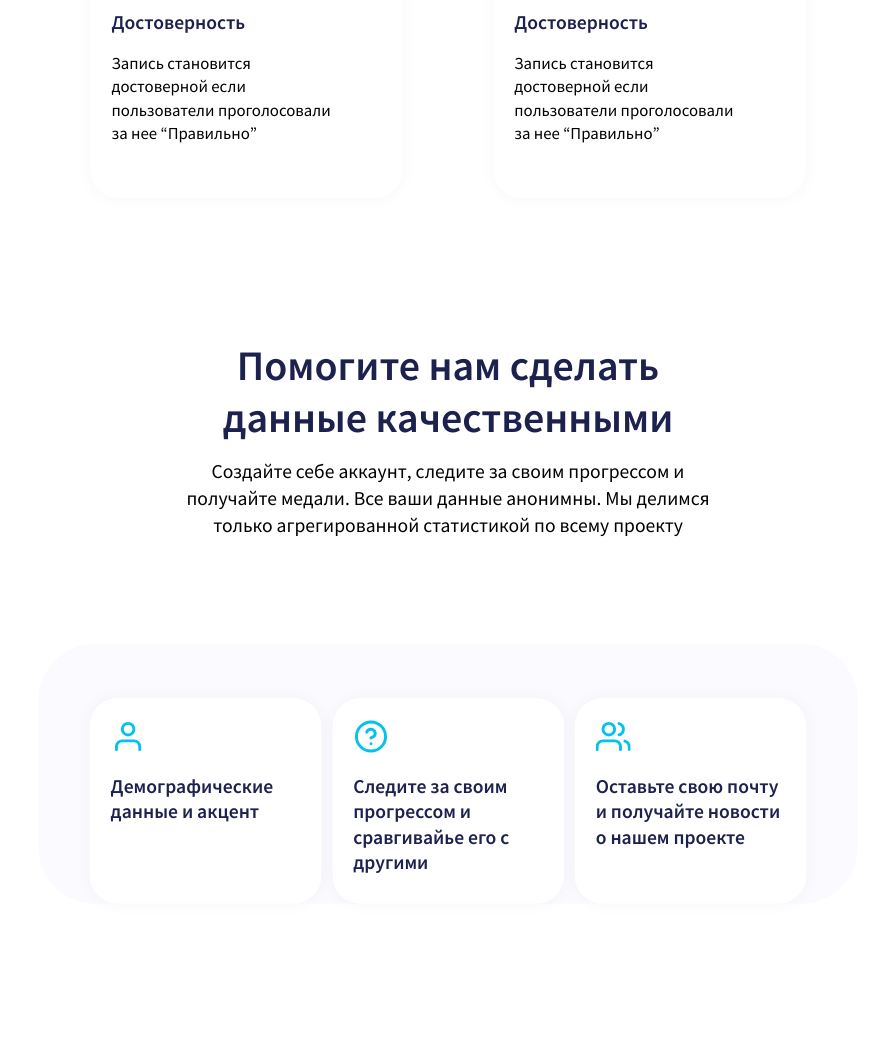
Repository: Amin444/Paymona-Sadp
Page: index.html
The author's editor kept a copy of each file at every save. The page is drawn from the files as they stood at one save, then again after the next save.
The browser window is 1280 px wide. The pictures show the part of the page from y = 4403 to 6323 px (the page is 5923 px tall before and 6323 px after), at 70% of full size.

Above is the page before, as saved 2021-11-12 23:10:27.

### index.html
<!DOCTYPE html>
<html lang="en">
<head>
  <meta charset="UTF-8">
  <link rel="stylesheet" href="./style.css">
  <meta http-equiv="X-UA-Compatible" content="IE=edge">
  <meta name="viewport" content="width=device-width, initial-scale=1.0">
  <title>Paymona Sado</title>
</head>
<body>

  <div class="root">

    <div class="container">


        <div class="header">
          <div class="logoBlock">
            <img src="./img/logo.svg" class="logo" alt="">
            <p class='textLogo'>Paymona</p>
          </div>

          <div class="menu">
             <div class="items">Сделайте вклад</div>
             <div class="items">База данных</div>
             <div class="items border">Войти</div>
          </div>

        </div>

         <div class="elips">
           <svg width="120" height="285" viewBox="0 0 120 285" fill="none" xmlns="http://www.w3.org/2000/svg">
             <path d="M285 -1.24577e-05C247.573 -1.08218e-05 210.513 7.37176 175.935 21.6943C141.357 36.0169 109.939 57.0099 83.4745 83.4746C57.0098 109.939 36.0169 141.357 21.6943 175.935C7.37172 210.513 -1.57297e-05 247.573 -1.24577e-05 285L285 285L285 -1.24577e-05Z" fill="#1D214E"/>
           </svg>
         </div>

         <div class="rectangle2">
           <svg width="79" height="365" viewBox="0 0 79 365" fill="none" xmlns="http://www.w3.org/2000/svg">
             <rect width="118.426" height="472.716" rx="59.2128" transform="matrix(0.716507 0.69758 -0.716507 0.69758 18.7041 -24)" fill="#1D214E"/>
           </svg>

         </div>

         <div class="rectangle">
            <svg width="95" height="365" viewBox="0 0 95 365" fill="none" xmlns="http://www.w3.org/2000/svg">
             <rect width="118.426" height="472.716" rx="59.2128" transform="matrix(0.716507 0.69758 -0.716507 0.69758 34.7041 -24)" fill="#1D214E"/>
            </svg>
         </div>

        <div class="title">
           <h1>Овози дастрас</h1>
           <p class="desc">Открытый проект по <blue>обучению</blue> машин понимания <br> речи и текста на таджикском языке</p>
        </div>

        <div class="Listen-and-record">
           <div class="record-block">
              <div class="circles">
                <div class="imgBlock">
                  <img src="./img/Group.svg" class="asd" >
                </div>
              </div>
              <span class="text">Записав свой голос, вы помогаете улучшить систему по распознанию таджикской речи</span>
           </div>

           <hr>

           <div class="record-block">
              <div class="circles">
                <div class='imgBlock'>
                  <img src="./img/Group2.svg" class="asd" >
                </div>
              </div>
              <span class="text"> Послушайте и оцените правильность записанных текстов</span>
           </div>
        </div>

        <div class="how-we-do">
          <div class="bag">
            <div class="visible">
              <img src="./img/check-circle.svg">
              <p class="card-title">Что мы делаем</p>
              <p class="card-text">Мы строим открытую базу данных
                 голосов на таджикском языке,
                 чтобы все желающие могли использовать
                 ее для разработки голосвых приложений</p>
            </div>
            <div class="visible">
              <img src="./img/Group3.svg">
              <p class="card-title">Что мы делаем</p>
              <p class="card-text">Мы верим в то, что большая открытая база
                 голосов поможет развитию и инновациям в Таджикистане
                 в сфере разработки приложений с использованием разпознавания речи</p>
            </div>
            <div class="visible">
              <img src="./img/Group4.svg">
              <p class="card-title">Как помочь</p>
              <p class="card-text">Запишите свой голос зачитав одно
                предложения и помогите машинам понимать человеческую речь.
                 Проверяйте работу других, чтобы улучшить качество</p>
            </div>
          </div>
        </div>

        <div class="ewq">
          <img src="./img/Rectangle.svg" class='qwe'>
          <img src="./img/Rectangle2.svg" class='qwe2'>
          <div class="work-block">
            <h1>Как это работает?</h1>
            <p class="just-text">Мы хотим построить открытую базу общими усилиями.
               Сделайте свой вклад записав свой голос или проверив записи других.
              Это сделает базу лучше для всех</p>
          </div>
          <div class="example">
             <div class="example-block">
               <img class="size" src="./img/Group5.svg" >
                 <p class="card-title">Записывайте</p>
                 <span class="card-text2">Пользователи записывают свои голоса прочитав текс, который мы им показываем</span>
                </div>
                <img src="./img/Group8.svg" class="arrow" >
             <div class="example-block">
               <img class="size" src="./img/Group9.svg" >
                 <p class="card-title">Очередь на проверку</p>
                 <span class="card-text2">Запись попадает на очередь и будет ждать проверки</span>
                </div>
                <img src="./img/Group8.svg" class="arrow2" >
             <div class="example-block">
               <img class="size" src="./img/Group10.svg" >
                 <p class="card-title">Проверка</p>
                 <span class="card-text2">Пользователи слушают записи, сверяют с тексом</span>
                </div>
                <img src="./img/Group8.svg" class="arrow3" >
             <div class="example-block">
               <img class="size" src="./img/Group11.svg" >
                 <p class="card-title">Достоверность</p>
                 <span class="card-text2">Запись становится достоверной если пользователи проголосовали за нее “Правильно”</span>
                </div>
                <img src="./img/Group8.svg" class="arrow4" >
                <img src="./img/Group8.svg" class="arrow5" >
          </div>
          <div class="tworouds">
            <div class="example-block2">
              <img class="size" src="./img/Group12.svg" >
                <p class="card-title">“Правильно”</p>
                <span class="card-text2">Чтобы попасть в базу данных запись должна получить 2 голоса “Правильно” от двух разных пользователей  </span>
               </div>
               <img src="./img/Group8.svg" class="arrow6" >
               <img src="./img/Group8.svg" class="arrow7" >
            <div class="example-block2">
              <img class="size rotate" src="./img/Group12.svg" >
                <p class="card-title">“Не правильно”</p>
                <span class="card-text2">Если пользователь проголосует за запись “Не правильно”, то она попадет обратно в очередь. После повторного отрицания, запись попадает на кладбище записей</span>
               </div>
          </div>
          <div class="tworouds">
            <div class="example-block2">
              <img class="size" src="./img/Group11.svg" >
                <p class="card-title">Достоверность</p>
                <span class="card-text2">Запись становится достоверной если пользователи проголосовали за нее “Правильно”</span>
               </div>
            <div class="example-block2">
              <img class="size" src="./img/Group11.svg" >
                <p class="card-title">Достоверность</p>
                <span class="card-text2">Запись становится достоверной если пользователи проголосовали за нее “Правильно”</span>
               </div>
          </div>

          <div class="help-block">
            <h1>Помогите нам сделать <br>
              данные качественными</h1>
              <p class="just-text"> Создайте себе аккаунт, следите за своим прогрессом и получайте медали.
                 Все ваши данные анонимны. Мы делимся только агрегированной статистикой по всему проекту</p>
          </div>
            <div class="how-we-do">
              <div class="bag">
                <div class="visible2">
                  <img src="./img/Group13.svg">
                  <p class="card-title">Демографические данные и акцент</p>

                </div>
                <div class="visible2">
                  <img src="./img/Group3.svg">
                  <p class="card-title">Следите за своим прогрессом и сравгивайье его с другими</p>

                </div>
                <div class="visible2">
                  <img src="./img/Group4.svg">
                  <p class="card-title">Оставьте свою почту и получайте новости о нашем проекте </p>

                </div>
              </div>
            </div>

          </div>
          <div class="footer">

      </div>
      </div>

  </div>
</body>
</html>

### style.css
@import url('https://fonts.googleapis.com/css2?family=Source+Sans+Pro:ital,wght@0,200;0,300;0,400;0,600;0,700;0,900;1,200;1,300;1,400;1,600;1,700;1,900&display=swap');

*{
  margin: 0;
  padding: 0;
  border: none;
  outline: none;
  font-family: 'Source Sans Pro', sans-serif;
  font-weight: 500;

}

.root{
  width: 100vw;
  display: flex;
  align-items: center;
  flex-direction: column;
}
.container{
  width: 100%;
  display: flex;
  flex-direction: column;
}

.header{
  height: 90px;
  padding: 0 40px;
  display: flex;
  align-items: center;
  justify-content: space-between;
}

.textLogo{
  color: #1D214E;
  font-weight: 700;
  font-size: 28px;
  line-height: 35px;
}

.logo{
  width: 40px;
  height: 40px;
}
.logoBlock{
  width:170px;
  display: flex;
  justify-content: space-between;
}
.menu{
  display: flex;
  gap: 40px;
  align-items: center;
  font-weight: 400;
  font-size: 20px;
  line-height:25px;
}
.items{
  cursor: pointer;
}
.border{
  padding: 8px 12px;
  border: 1px solid rgba(73, 222, 255, 1);
  border-radius: 50px;
  font-weight: 600;
}
.title{
  margin-top: 72px;
  display: flex;
  flex-direction: column;
  align-items: center;
}

h1{
  color: rgba(29, 33, 78, 1);
  font-weight: 600;
  font-size: 60px;
  line-height:75px;
  margin-bottom: 20px;
}
.desc{
  font-weight: 400;
  font-size: 32px;
  text-align: center;
}
blue{
  color: rgba(3, 194, 236, 1);
}
.elips{
  position: absolute;
  right: 0;
  top: 198px;
}

.rectangle{
  position: absolute;
  top: 255px
}
.rectangle2{
  position: absolute;
  top: 451px
}

.Listen-and-record{
  margin-top: 150px;
  display: flex;
  justify-content: space-evenly;
}
.record-block{
  display: flex;
  align-items: center;
  flex-direction: column;
}

.circles{
  border-radius: 50%;
  box-shadow: 0px 8px 16px rgba(0, 160, 210, 0.16);
  background-color: #fff;
  width: 230px;
  height: 230px;
}
.imgBlock{
  width: 100%;
  height: 100%;
  display: flex;
  justify-content: center;
  align-items: center;
}
.asd{
  width: 40%;
  height: 40%;
}

.text{
  margin-top: 24px;
  display: block;
  text-align: center;
  width: 496px;
  font-weight: 400;
  font-size: 28px;
}
hr{
  border: 1px solid rgba(234, 243, 252, 1);
  height: 359px;
}

.how-we-do{
  margin-top: 150px;
  display: flex;
  justify-content: center;
}

.bag{
  position: absolute;
  width: 80vw;
  height: 294px;
  background:#FBFAFF;
  border-radius: 80px;
  display: flex;
  justify-content: space-between;
  padding: 77px 73px 0 73px;
}
.visible{
  width: 271px;
  height:467px;
  box-shadow: 0px 0px 24px rgba(0, 0, 0, 0.04);
  border-radius: 40px;
  background:#fff;
  padding: 30px
}
.visible2{
  width: 271px;
  box-shadow: 0px 0px 24px rgba(0, 0, 0, 0.04);
  border-radius: 40px;
  background:#fff;
  padding: 30px
}
.card-title{
  margin-top: 24px;
  font-weight: 600;
  font-size: 28px;
  color: rgba(29, 33, 78, 1)
}
.card-text{
  margin-top: 24px;
  font-weight: 400;
  font-size: 20px;
  line-height: 28px;
}
.card-text2{
  width: 322px;
  margin-top: 24px;
  font-weight: 400;
  font-size: 24px;
  line-height: 33.6px;
}
.ewq{
  width: 100%;
  display: flex;
  flex-direction: column;
  align-items: center;
}
.qwe{
  position: absolute;
  top: 1320px;
  right: 0;
  transform: rotate(180deg);
}
.qwe2{
  position: absolute;
  top: 1500px;
  right: 0;
  transform: rotate(180deg);
}
.work-block{
  margin-top: 750px;
  width: 50%;
  display: flex;
  align-items: center;
  flex-direction: column;
}

.just-text{
  width: 748px;
  font-weight: 400;
  font-size: 28px;
  text-align: center;
  line-height: 39.2px;
}
.example-block{
  padding: 30px;
  margin-top: 100px;
  background: #fff;
  display: flex;
  flex-direction: column;
  box-shadow: 0px 0px 24px rgba(0, 0, 0, 0.04);
  border-radius: 40px;
  width: 386px;
  height: 294px;
}
.example-block2{
  padding: 30px;
  margin-top: 100px;
  background: #fff;
  display: flex;
  flex-direction: column;
  box-shadow: 0px 0px 24px rgba(0, 0, 0, 0.04);
  border-radius: 40px;
  width: 386px;
  height: 294px;
}
.size{
  width: 30px;
  height: 30px;
}

.example{
  position: relative;
}

.arrow{
  position: absolute;
  top: 480px;
  right: 50%;
}
.arrow2{
  position: absolute;
  top: 930px;
  right: 50%;
}
.arrow3{
  position: absolute;
  top: 1400px;
  right: 50%;
}
.arrow4{
  position: absolute;
  top: 1830px;
  right: 80%;
  transform: rotate(30deg);
}
.arrow5{
  position: absolute;
  top: 1830px;
  right: 10%;
  transform: rotate(-30deg);
}
.tworouds{
  width: 100%;
  display: flex;
  justify-content: space-evenly;
  position: relative;
}

.rotate{
  transform: rotate(180deg);
}

.arrow6{
  position: absolute;
  left: 27%;
  top: 480px;
}
.arrow7{
  position: absolute;
  right: 27%;
  top: 480px;
}
.help-block{
  margin-top: 200px;
  text-align: center
}
.footer{
  margin-top: 600px;
  background: #1D214E;
  width: 100%;
  height: ;
}

### img/logo.svg
<svg width="24" height="24" viewBox="0 0 24 24" fill="none" xmlns="http://www.w3.org/2000/svg">
<path d="M23.2727 11.9119V16.6433C23.2731 16.8543 23.2169 17.0618 23.1094 17.2464C23.0019 17.4309 22.8466 17.5864 22.6582 17.6981L12.3229 23.8128C12.1153 23.9351 11.8758 24 11.6314 24C11.387 24 11.1475 23.9351 10.9399 23.8128L0.616444 17.6943C0.427833 17.5828 0.272261 17.4273 0.164406 17.2428C0.0565516 17.0583 -2.98523e-05 16.8507 1.18183e-08 16.6396V11.9119C-3.13489e-05 11.6902 0.0623511 11.4726 0.180679 11.2816C0.299007 11.0906 0.468973 10.9331 0.672954 10.8255C0.876934 10.7179 1.1075 10.6641 1.34075 10.6696C1.574 10.6752 1.80144 10.7399 1.99949 10.8571L10.9399 16.1535C11.1475 16.2758 11.387 16.3407 11.6314 16.3407C11.8758 16.3407 12.1153 16.2758 12.3229 16.1535L21.2653 10.8571C21.4634 10.7373 21.6918 10.6704 21.9264 10.6636C22.1611 10.6567 22.3934 10.71 22.5989 10.818C22.8043 10.9259 22.9754 11.0845 23.0939 11.277C23.2125 11.4695 23.2743 11.6888 23.2727 11.9119Z" fill="#1D214E"/>
<path d="M10.9383 13.2688L1.76081 7.81102C1.57388 7.69908 1.41986 7.54397 1.31312 7.36018C1.20638 7.17639 1.15039 6.96991 1.15039 6.76C1.15039 6.5501 1.20638 6.34361 1.31312 6.15982C1.41986 5.97603 1.57388 5.82093 1.76081 5.70898L10.9344 0.193005C11.1431 0.0669478 11.3854 0 11.6328 0C11.8802 0 12.1224 0.0669478 12.3312 0.193005L21.5107 5.70898C21.6976 5.82093 21.8516 5.97603 21.9584 6.15982C22.0651 6.34361 22.1211 6.5501 22.1211 6.76C22.1211 6.96991 22.0651 7.17639 21.9584 7.36018C21.8516 7.54397 21.6976 7.69908 21.5107 7.81102L12.3253 13.2688C12.1173 13.3921 11.877 13.4575 11.6318 13.4575C11.3866 13.4575 11.1463 13.3921 10.9383 13.2688Z" fill="#1D214E"/>
</svg>

After the next save:
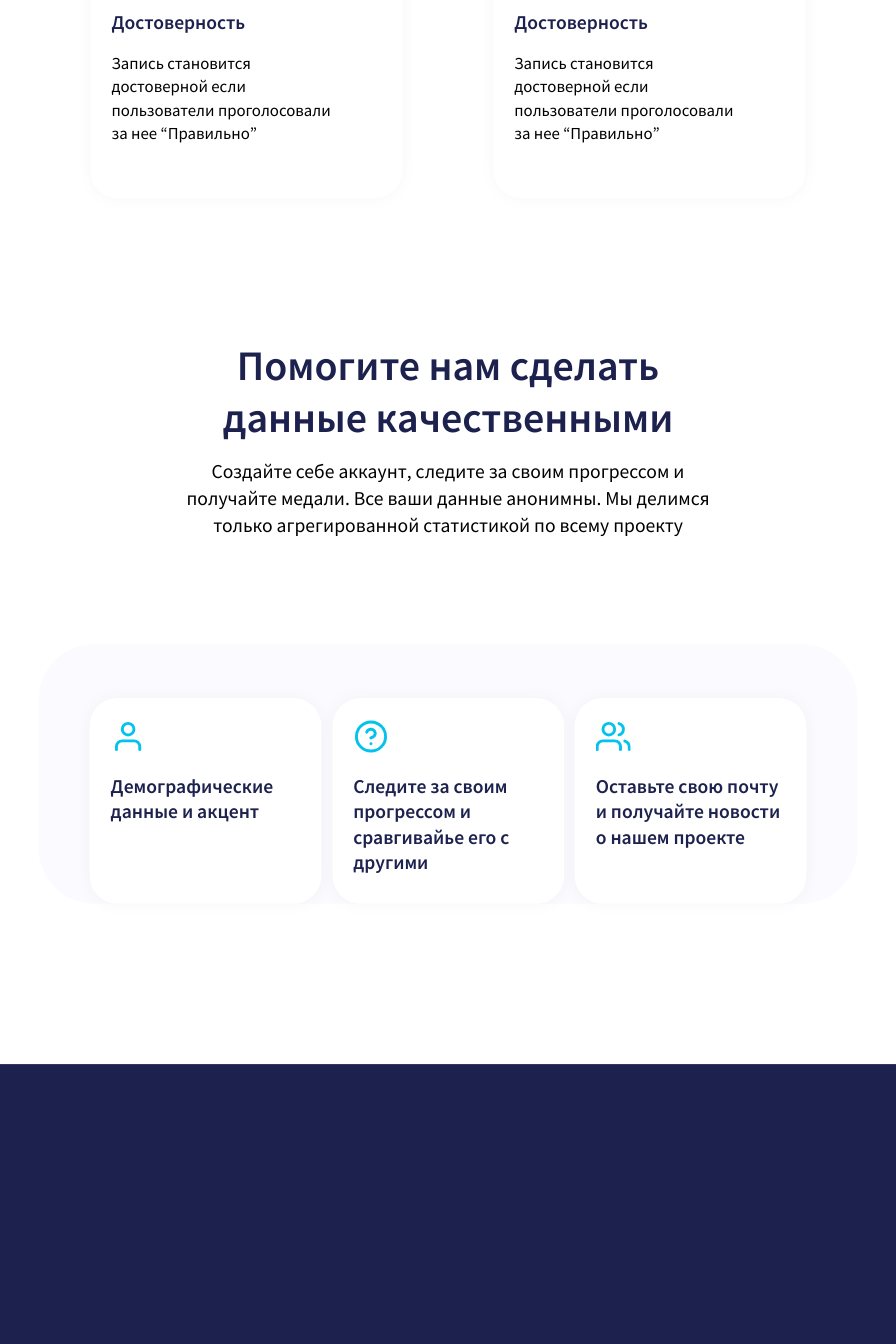
Saved 4 s later.
--- a/style.css
+++ b/style.css
@@ -313,5 +313,5 @@ hr{
   margin-top: 600px;
   background: #1D214E;
   width: 100%;
-  height: ;
-}
+  height: 400px;
+}
